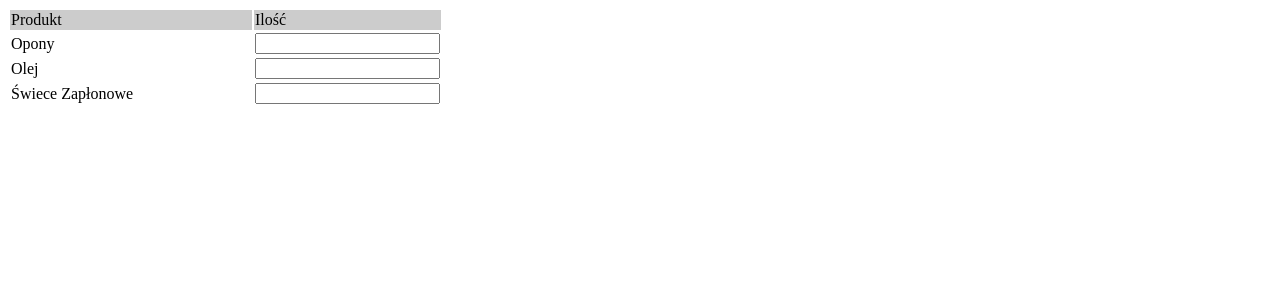
Repository: gabr/workspace
Page: php 001 - formularz/formularz.html
An editor plug-in stored every save of this project. The page is shown before and after the next save, followed by the edit.
The browser window is 1280 px wide. The pictures show the whole page.

Above is the page before, as saved 2013-02-22 21:14:34.

### php 001 - formularz/formularz.html
<!DOCTYPE html PUBLIC "-//W3C//DTD HTML 4.01 Transitional//EN" "http://www.w3.org/TR/html4/loose.dtd">
<html>
<head>
<link rel="stylesheet" href="style.css">
<meta http-equiv="Content-Type" content="text/html; charset=UTF-8">
<title>formularz</title>
</head>
<body>
	<table>
		<tr id="naglowek">
			<td>Produkt</td>
			<td>Ilość</td>
		</tr>
		<tr>
			<td>Opony</td>
			<td><input type="text" name="iloscopon" /></td>
		</tr>
		<tr>
			<td>Olej</td>
			<td><input type="text" name="iloscoleju" /></td>
		</tr>
		<tr>
			<td>Świece Zapłonowe</td>
			<td><input type="text" name="iloscswiec" /></td>
		</tr>
	</table>
</body>
</html>

### php 001 - formularz/style.css
@CHARSET "UTF-8";

table {
	border: 0;
}

#naglowek {
	background-color: #cccccc;
}

tr > td:first-child {
	width: 15em;
}

After the next save:
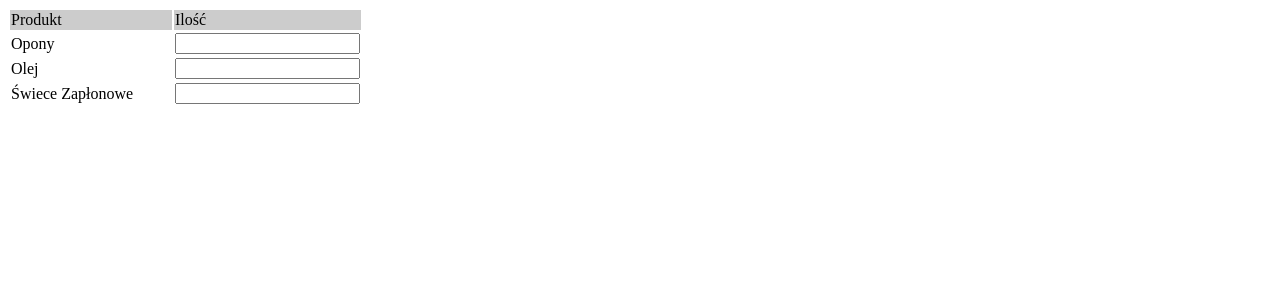
Saved 5 s later.
--- a/php 001 - formularz/style.css
+++ b/php 001 - formularz/style.css
@@ -9,5 +9,5 @@ table {
 }
 
 tr > td:first-child {
-	width: 15em;
+	width: 10em;
 }
